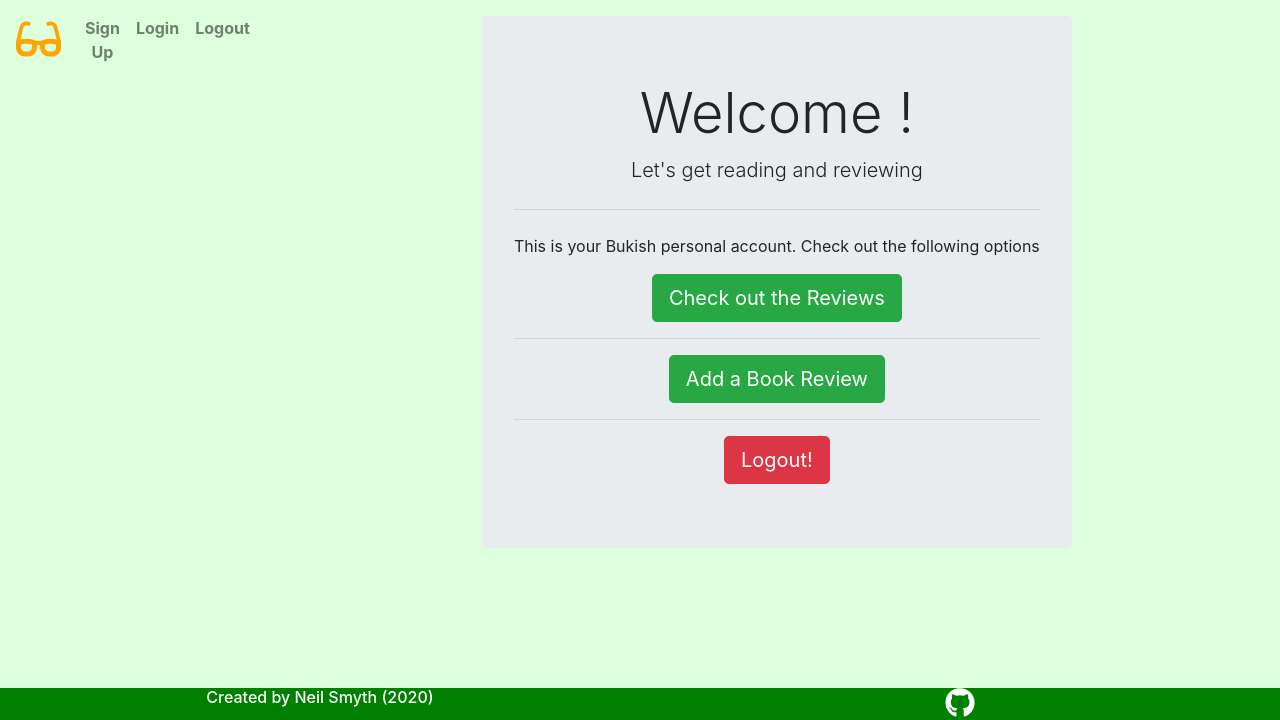
Repository: NeiloErnesto89/Data_Centric_Dev_Milestone_Project3
Page: templates/bio.html
The author's editor kept a record of every edit. The page is drawn from the files as they stood at one moment, then again after the next edit.
The browser window is 1280 px wide. The pictures show the whole page.
Some web libraries are served in a nearby version. The template is drawn by Flask 3. The application's start-up code is not run. Other server files are loaded and not shown. The template is opened directly, without the code that normally fills it, so the values that code supplies are empty.

Above is the page before.

### templates/bio.html
<!DOCTYPE html>
<html>

<head>
</head>

<body>
    {% extends 'base.html' %} {% block content %}
    <div class="container-fluid">
        <div class="row justify-content-center">
            <div class="jumbotron text-center mt-3">
                <h1 class="display-4">Welcome {{ user.username }} !</h1>
                <p class="lead">
                    Let's get reading and reviewing
                </p>
                <hr class="my-4">
                <p>This is your Bukish personal account. Check out the following options</p>
                <div class="text-center">
                    <a class="btn btn-success btn-lg" href="{{ url_for('get_reviews') }}" role="button">Check out the Reviews </a>
                </div>
                <hr>
                <div class="text-center">
                    <a class="btn btn-success btn-lg" href="{{ url_for('review_page') }}" role="button">Add a Book Review </a>
                </div>
                <hr>
                <div class="text-center">
                    <a class="btn btn-danger btn-lg" href="{{ url_for('logout') }}" role="button">Logout! </a>
                </div>
            </div>

        </div>
    </div>
    {% endblock %}
</body>

</html>

### templates/base.html
<!DOCTYPE html>
<html lang="en">

<head>
    <meta charset="UTF-8">
    <meta name="viewport" content="width=device-width, initial-scale=1.0">
    <meta http-equiv="X-UA-Compatible" content="ie=edge">

    <title>Book Reviews</title>

    <!-- Bootstrap -->
    <link rel="stylesheet" href="https://stackpath.bootstrapcdn.com/bootstrap/4.3.1/css/bootstrap.min.css" integrity="sha384-ggOyR0iXCbMQv3Xipma34MD+dH/1fQ784/j6cY/iJTQUOhcWr7x9JvoRxT2MZw1T" crossorigin="anonymous">

    <!-- Google Font-->

    <link href="https://fonts.googleapis.com/css?family=Montserrat:400,700" rel="stylesheet">

    <!-- Font Awesome-->

    <link rel="stylesheet" href="https://use.fontawesome.com/releases/v5.7.2/css/all.css" integrity="sha384-fnmOCqbTlWIlj8LyTjo7mOUStjsKC4pOpQbqyi7RrhN7udi9RwhKkMHpvLbHG9Sr" crossorigin="anonymous">

    <link rel="stylesheet" href="https://cdnjs.cloudflare.com/ajax/libs/font-awesome/4.7.0/css/font-awesome.min.css">

    <!-- CSS -->

    <link rel="stylesheet" href="{{url_for('static', filename='css/style.css')}}" type="text/css" />


</head>

<body>

    <header>
        <!--NavBar with Burger Icon-->

        <nav class="navbar navbar-expand-lg navbar-light mb-1 text-center">
            <a class="navbar-brand" data-target="#popUpModal" data-toggle="modal"><i class="fas fa-glasses" style="font-size:40px;color:orange;"></i></a>
            <button class="navbar-toggler" type="button" data-toggle="collapse" data-target="#navbarTogglerDemo02" aria-controls="navbarTogglerDemo02" aria-expanded="false" aria-label="Toggle navigation">
                            <span class="navbar-toggler-icon"></span>
                          </button>
            <div class="collapse navbar-collapse" id="navbarTogglerDemo02">
                <ul class="navbar-nav mr-auto mt-0 mt-lg-0">

                    <li class="nav-item">
                        <a class="nav-link" href="{{ url_for('signup') }}"><b>Sign Up</b></a>
                    </li>
                    <li class="nav-item">
                        <a class="nav-link" href="{{ url_for('login') }}"><b>Login</b></a>
                    </li>
                    <li class="nav-item">
                        <a class="nav-link" href="{{ url_for('logout') }}"><b>Logout</b></a>
                    </li>


                </ul>
            </div>
        </nav>

    </header>

    <div class="container-fluid">

        {% block content %} {% endblock %}
    </div>

        <!--FOOTER -->

        <div class="footer container-fluid">
            <div class="row justify-content-center">
                <div class="text-center col-xs-12 col-sm-6">

                    <h6>Created by Neil Smyth (2020)</h6>

                </div>
                <div class="text-center col-xs-12 col-sm-6">

                    <a href="https://github.com/NeiloErnesto89" target="_blank "><i class="fab fa-github" style="font-size:30px; color:white; "></i></a>

                </div>
         </div>
        </div> <!-- footer container-->




    <!-- JQuery -->
    <script src="https://cdnjs.cloudflare.com/ajax/libs/jquery/3.2.1/jquery.min.js"></script>

    <!-- Bootstrap JS-->

    <script src="https://code.jquery.com/jquery-3.3.1.slim.min.js" integrity="sha384-q8i/X+965DzO0rT7abK41JStQIAqVgRVzpbzo5smXKp4YfRvH+8abtTE1Pi6jizo" crossorigin="anonymous"></script>
    <script src="https://cdnjs.cloudflare.com/ajax/libs/popper.js/1.14.7/umd/popper.min.js" integrity="sha384-UO2eT0CpHqdSJQ6hJty5KVphtPhzWj9WO1clHTMGa3JDZwrnQq4sF86dIHNDz0W1" crossorigin="anonymous"></script>
    <script src="https://stackpath.bootstrapcdn.com/bootstrap/4.3.1/js/bootstrap.min.js" integrity="sha384-JjSmVgyd0p3pXB1rRibZUAYoIIy6OrQ6VrjIEaFf/nJGzIxFDsf4x0xIM+B07jRM" crossorigin="anonymous"></script>



    <!--  <script type="text/javascript">
        $(document).ready(function() {
            $('.collapsible').collapsible();
        });
    </script>  -->
</body>

</html>

### static/css/style.css
body {
  background-color: #DEFFDC;
  display: flex;
}


/* Paginate Button on All Reviews.html (taken from w3 schools*/

.paginate {
  display: inline-block;
}

.paginate a {
  color: black;
  float: left;
  padding: 8px 16px;
  text-decoration: none;
  margin: 15px;
}

.paginate a.active {
  background-color: #4CAF50;
  color: white;
  border-radius: 5px;
}

.paginate a:hover:not(.active) {
  background-color: #ddd;
  border-radius: 5px;
}

/* all_reviews.html - book review cards*/

.card {
  margin: 5px;
  border: 8px solid rgb(5, 187, 5);
  border-radius: 3rem;
}

.footer {
   position: fixed;
   left: 0;
   bottom: 0;
   width: 100%;
   background-color: green;
   color: white;
   text-align: center;
}

After the next edit:
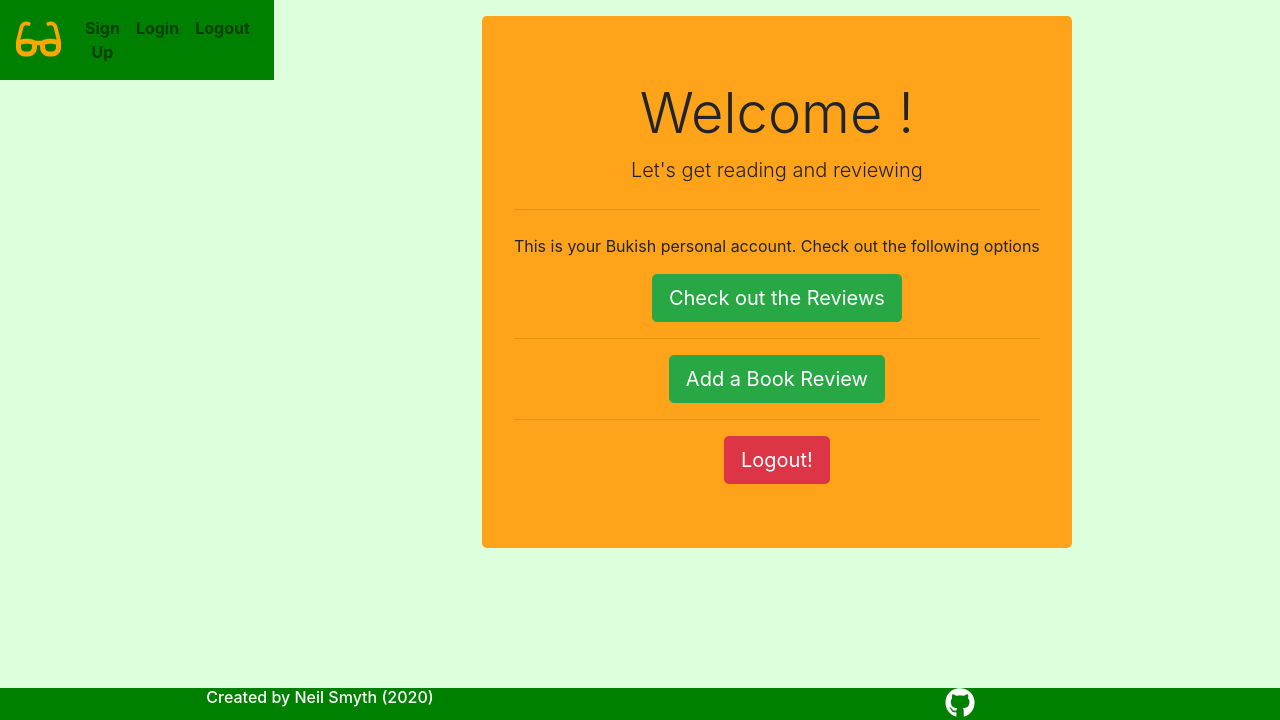
The edit:
--- a/static/css/style.css
+++ b/static/css/style.css
@@ -3,6 +3,14 @@
   display: flex;
 }
 
+
+.navbar {
+  background-color: green;
+}
+
+.jumbotron {
+  background-color: #ffa31a;
+}
 
 /* Paginate Button on All Reviews.html (taken from w3 schools*/
 
